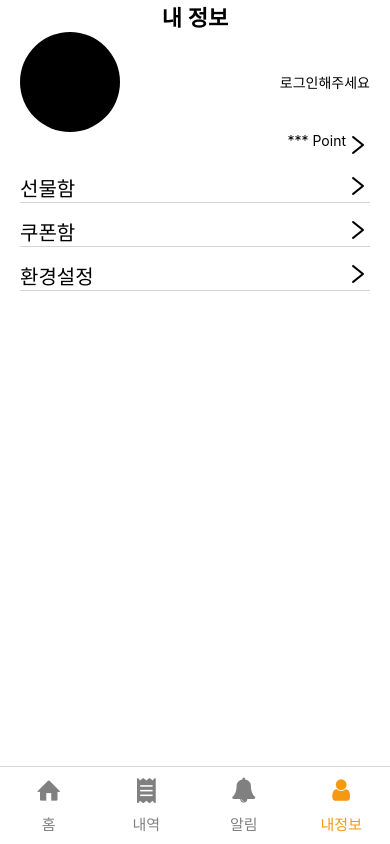
Repository: Unique0902/GachiDutch
Screen: /User
The author's editor kept a copy of each file at every save. The screen is drawn from the files as they stood at one save, then again after the next save.
The app was drawn by React Native's web renderer in a window 390 px wide. The project was rebuilt for these pictures with package versions that can differ from the ones it lists, and the page was loaded fresh each time. Some packages were replaced by stand-ins written for this rebuild. Also part of the build but not shown: sources/components/lowBar/lowBar.jsx, sources/components/taxi/taxi.jsx, sources/components/alarm/alert.js, sources/components/alarm/alarm.jsx, sources/components/dutch_history/dutch_history.jsx, sources/components/dutchpay_historys/dutchpay_historys.jsx, sources/components/delivery_historys/delivery_historys.jsx, sources/components/taxi_historys/taxi_historys.jsx and 3 more.

Above is the screen before, as saved 2022-11-11 16:39:54.

After the next save:
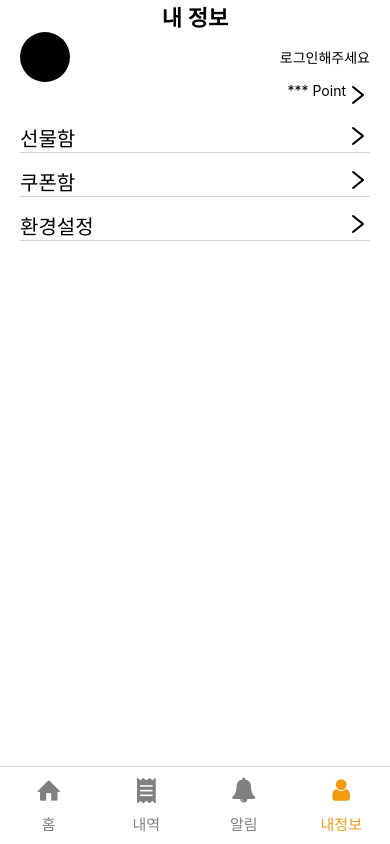
Saved 31 s later.
--- a/sources/components/user/user.jsx
+++ b/sources/components/user/user.jsx
@@ -150,8 +150,8 @@ const styles = StyleSheet.create({
     fontWeight: '500',
   },
   profileImage: {
-    width: 100,
-    height: 100,
+    width: 50,
+    height: 50,
     borderRadius: 100,
     backgroundColor: 'black',
   },
